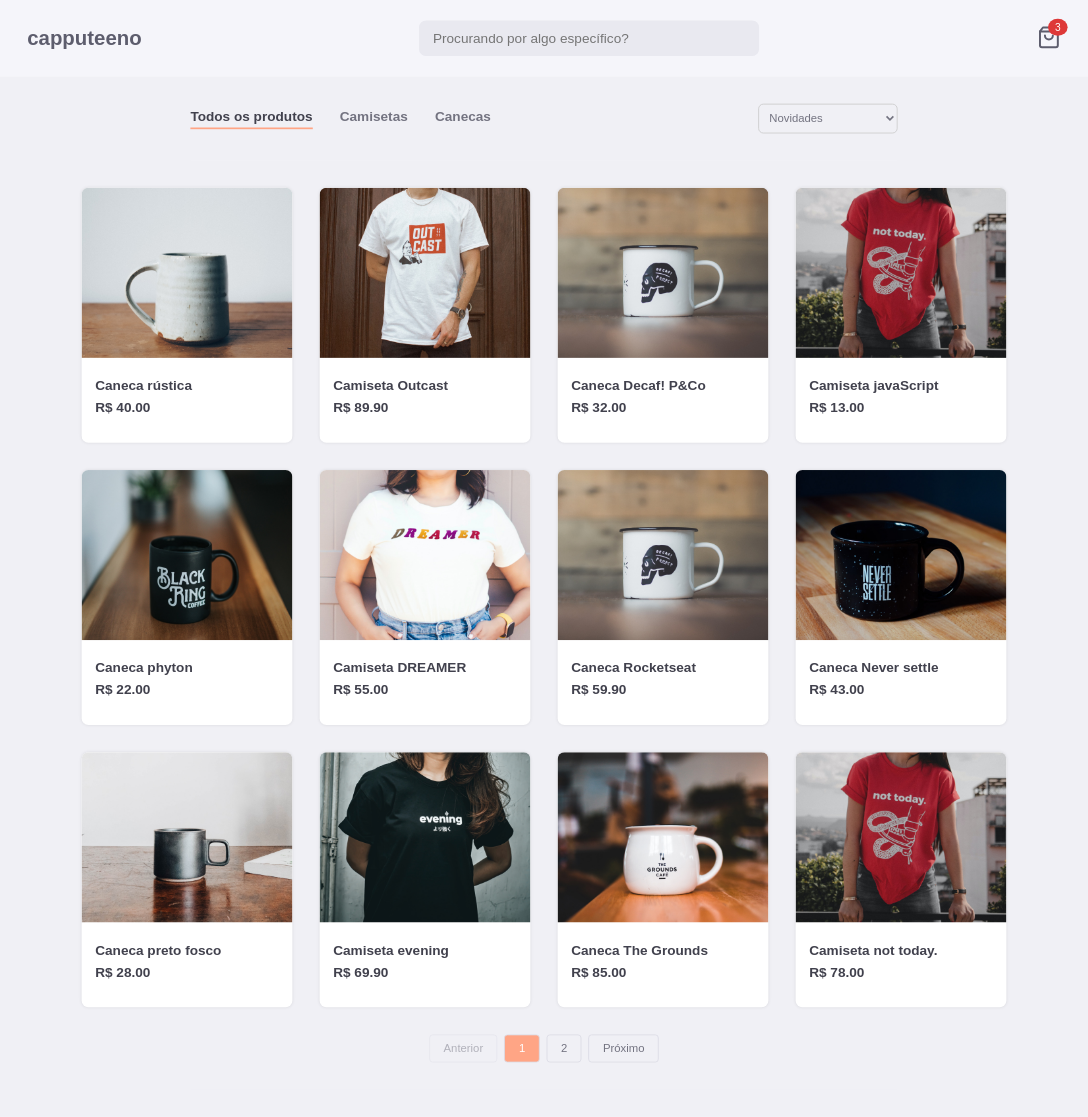
Repository: Biel-barbosa/capputeenoecomerce
Page: /
The author's editor kept a copy of each file at every save. The page is drawn from the files as they stood at one save, then again after the next save.
The browser window is 1280 px wide. The pictures show the whole page, at 85% of full size.
The project was rebuilt for these pictures with package versions that can differ from the ones it lists, and the page was loaded fresh each time. The framework's server and built-in components were replaced by stand-ins that run in the browser. Also part of the build but not shown: next.config.ts.

Above is the page before, as saved 2025-04-23 12:18:41.

After the next save:
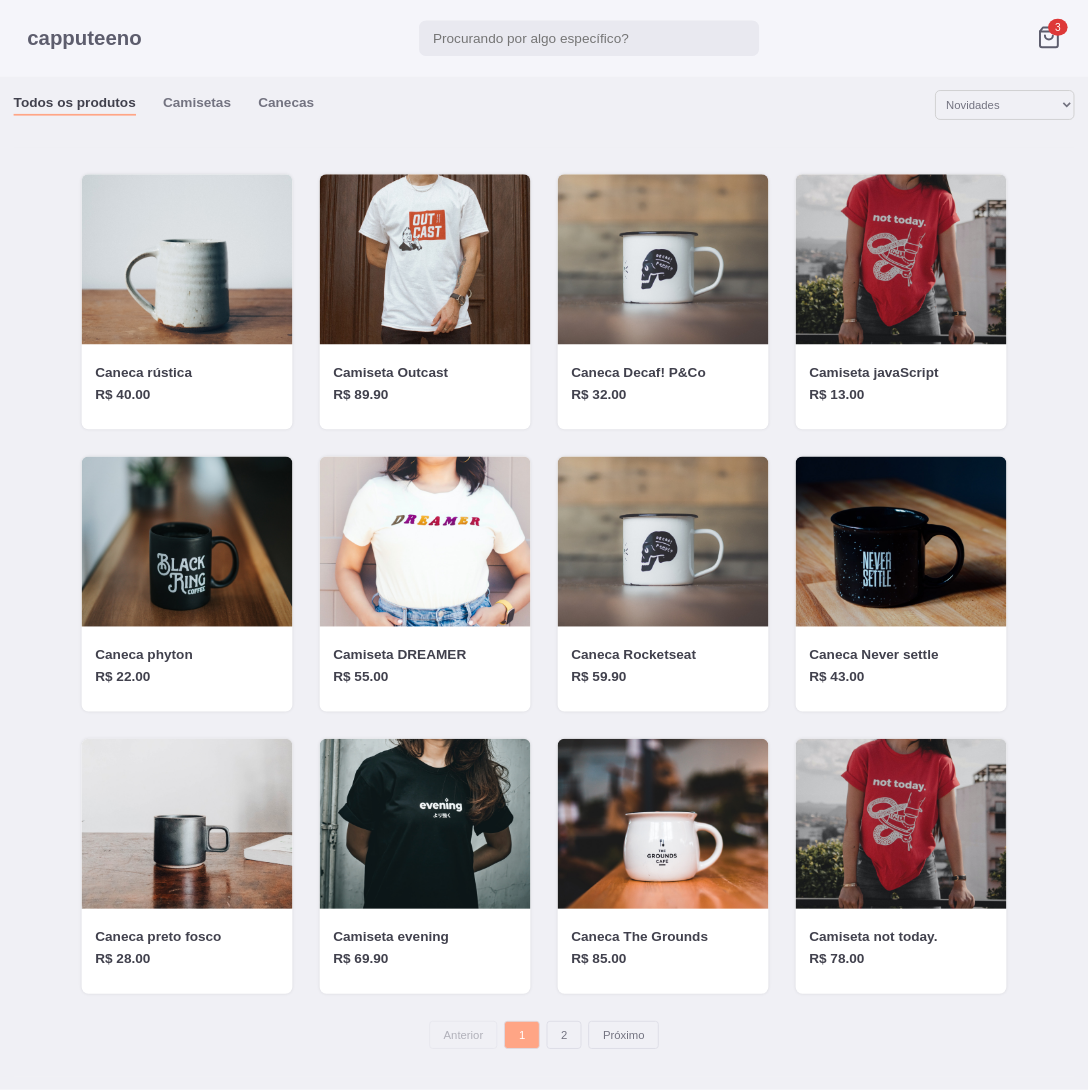
Saved 2 min 45 s later.
--- a/src/app/page.tsx
+++ b/src/app/page.tsx
@@ -6,7 +6,7 @@ import { products as allProducts } from '../data/products'
 import ProductsList from '@/components/ProductsList'
 
 const Container = styled.main`
-  padding: 2rem 14rem ;
+  padding: 1rem ;
   background-color: #f0f0f5;
 `
 
